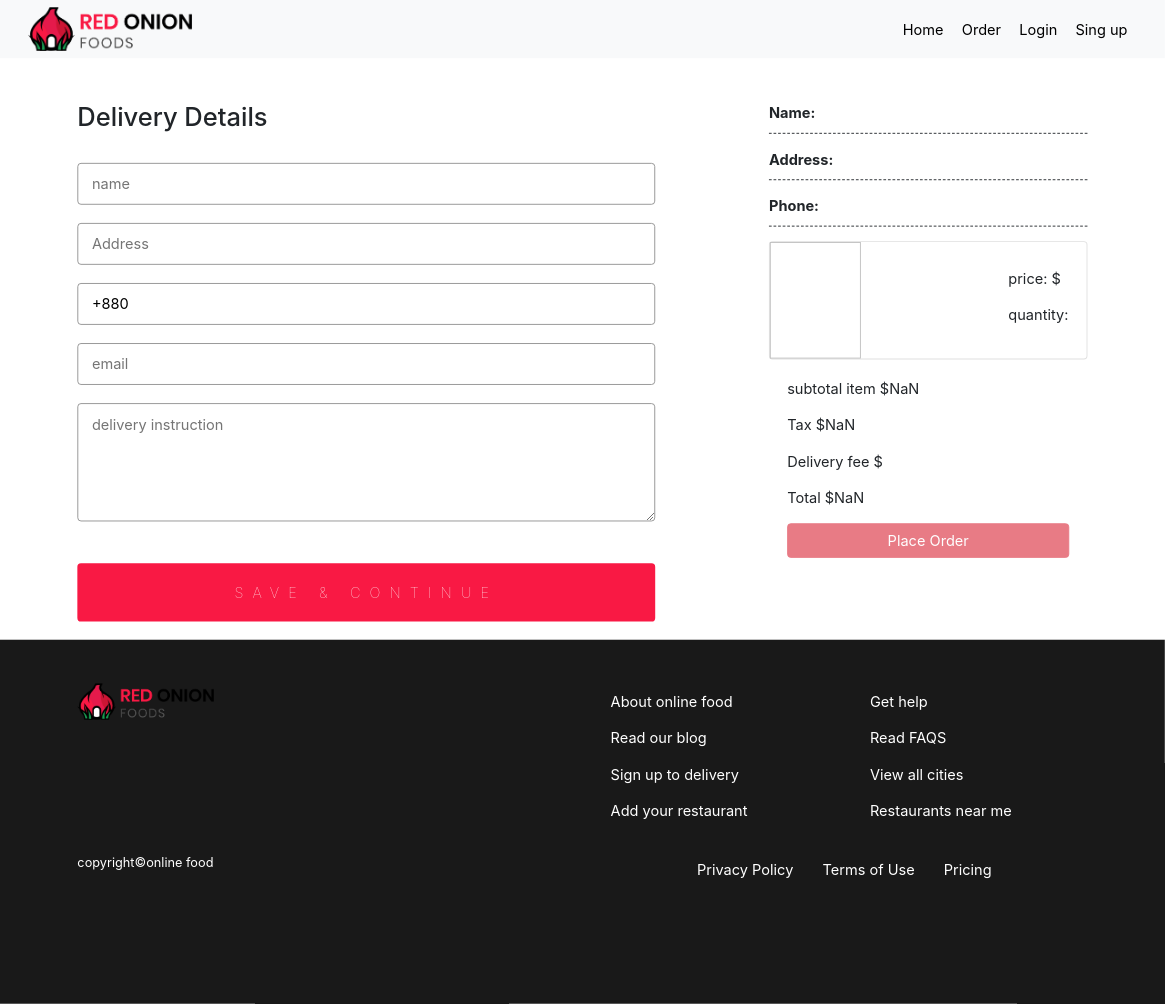
Repository: arif286/red-onion-client
Page: /checkOut
The author's editor kept a copy of each file at every save. The page is drawn from the files as they stood at one save, then again after the next save.
The browser window is 1280 px wide. The pictures show the whole page, at 91% of full size.
The page's requests for data from a server got no answer. The project was rebuilt for these pictures with package versions that can differ from the ones it lists, and the page was loaded fresh each time. Some packages were replaced by stand-ins written for this rebuild. No one was signed in, and anything a server would have sent is missing. Also part of the build but not shown: src/App.css, src/components/SearchBar/SearchBar.css, src/components/SearchBar/SearchBar.js, src/components/FoodDetails/FoodDetail.css, src/components/FoodDetails/FoodDetail.js, src/components/DeliveryFood/DeliveryFood.js, src/components/Food/Food.css, src/components/Food/FoodItem.js and 10 more. Imported but missing from the stored project, and not drawn on this page: src/components/CheckOut/Map/Map.

Above is the page before, as saved 2021-04-06 03:23:04.

### public/index.html
<!DOCTYPE html>
<html lang="en">
  <head>
    <meta charset="utf-8" />
    <link rel="icon" href="%PUBLIC_URL%/favicon.ico" />
    <meta name="viewport" content="width=device-width, initial-scale=1" />
    <meta name="theme-color" content="#000000" />
    <meta
      name="description"
      content="Web site created using create-react-app"
    />
    <link rel="apple-touch-icon" href="%PUBLIC_URL%/logo192.png" />
    <!--
      manifest.json provides metadata used when your web app is installed on a
      user's mobile device or desktop. See https://developers.google.com/web/fundamentals/web-app-manifest/
    -->
    <link rel="manifest" href="%PUBLIC_URL%/manifest.json" />

    <!-- <link
      href="https://api.tiles.mapbox.com/mapbox-gl-js/v2.1.1/mapbox-gl.css"
      rel="stylesheet"
    /> -->
    <!--
      Notice the use of %PUBLIC_URL% in the tags above.
      It will be replaced with the URL of the `public` folder during the build.
      Only files inside the `public` folder can be referenced from the HTML.

      Unlike "/favicon.ico" or "favicon.ico", "%PUBLIC_URL%/favicon.ico" will
      work correctly both with client-side routing and a non-root public URL.
      Learn how to configure a non-root public URL by running `npm run build`.
    -->
    <title>Red Onion</title>
  </head>
  <body>
    <noscript>You need to enable JavaScript to run this app.</noscript>
    <div id="root"></div>
    <!--
      This HTML file is a template.
      If you open it directly in the browser, you will see an empty page.

      You can add webfonts, meta tags, or analytics to this file.
      The build step will place the bundled scripts into the <body> tag.

      To begin the development, run `npm start` or `yarn start`.
      To create a production bundle, use `npm run build` or `yarn build`.
    -->
  </body>
</html>

### src/App.js
import "bootstrap/dist/css/bootstrap.min.css";
import React, { createContext, useState } from "react";
import { BrowserRouter as Router, Route, Switch } from "react-router-dom";
import './App.css';
import CheckOut from "./components/CheckOut/CheckOut";
import Map from "./components/CheckOut/Map/Map";
import FoodDetail from "./components/FoodDetails/FoodDetail";
import Footer from "./components/Footer/Footer";
import Header from "./components/Header/Header";
import Home from './components/Home/Home';
import Login from "./components/LogIn/Login";
import Order from "./components/Order/Order";
import SingUp from "./components/SingUp/SingUp";


export const UserContext = createContext();
function App() {
  const [loggedInUser, setLoggedInUser] = useState({});
  return (
    <UserContext.Provider value={[loggedInUser, setLoggedInUser]}>
      <Router>
        <Header />
        <Switch>
          <Route path="/home">
            <Home />
          </Route>
          <Route path="/signUp">
            <SingUp />
          </Route>
          <Route path="/login">
            <Login />
          </Route>
          <Route path="/food/details/:foodId">
            <FoodDetail />
          </Route>
          <Route path='/checkOut'>
            <CheckOut/>
          </Route>
          <Route path='/order'>
            <Order/>
          </Route>
          <Route path='/map'>
            <Map/>
          </Route>
          <Route exact path="/">
            <Home/>
          </Route>
        </Switch>
        <Footer />
      </Router>
    </UserContext.Provider>
  );

}

export default App;

### src/components/CheckOut/CheckOut.js
import axios from "axios";
import React, { useContext, useEffect, useState } from "react";
import { Alert } from "react-bootstrap";
import { UserContext } from "../../App";
import "./CheckOut.css";
import CheckOutFrom from "./CheckOutForm/CheckOutFrom";
import Map from "./Map/Map";

const CheckOut = () => {
  const [loggedInUser, setLoggedInUser] = useContext(UserContext);
  const [cart, setCart] = useState({});
  const { count, foodId } = loggedInUser;
  useEffect(() => {
    axios
      .get(`http://localhost:5000/foodDetails/${foodId}`)
      .then((res) => {
        setCart(res.data);
      })
      .catch((err) => console.log(err));
  }, [foodId]);

  const { name: foodName, picture, price } = cart;

  const [deliverInfo, setDeliverInfo] = useState({});
  const [map, setMap] = useState(true);

  const { name, address, phone, email } = deliverInfo;

  const fixNumber = (str, num) => {
    const price = Number(str);
    const multiplication = price * num;
    return multiplication.toFixed(2);
  };
  const subTotal = fixNumber(price, count);
  const vat = fixNumber(subTotal, 0.07);

  let deliveryFee;

  if (subTotal < 50) {
    deliveryFee = 3.5;
  } else if (subTotal > 50) {
    deliveryFee = 2.5;
  }
  const total = (Number(subTotal) + Number(vat) + deliveryFee).toFixed(2);

   const [confirmOrder, setConfirmOrder] = useState(false);
  const handleOrder = () => {
    const orderFood = { ...deliverInfo };
    orderFood.totalPrice = total;
    orderFood.quantity = count;
    orderFood.foodId = foodId;
    console.log(orderFood);
    axios
      .post("http://localhost:5000/order", orderFood)
      .then((res) => setConfirmOrder(res.data))
      .catch((err) => console.log(err));
  };

  return (
    <div className="container">
      {confirmOrder ? (
        <div className="row justify-content-center">
          <div className="col-md-7">
            <Alert variant="success">Your Order Place Successfully! </Alert>
            <img src={confirmOrder} alt="confirm" />
          </div>
        </div>
      ) : (
        <div className="row mt-5 justify-content-between">
          <div className="col-md-7 col-sm-12">
            {!map ? (
              <Map />
            ) : (
              <CheckOutFrom deliverInfo={setDeliverInfo} map={setMap} />
            )}
          </div>
          <div className="col-md-4 col-sm-12 ">
            <div className="delivery-info">
              <p>
                <strong>Name:</strong> {name}
              </p>
              <p>
                <strong>Address:</strong> {address}
              </p>
              <p>
                <strong>Phone:</strong> {phone}
              </p>
            </div>
            <div className="card">
              <div className="d-flex justify-content-between">
                <img
                  style={{ width: "100px", objectFit: "contain" }}
                  src={picture}
                  alt=""
                />
                <div style={{ padding: "1.25rem" }}>
                  <h6>{foodName}</h6>
                  <p>price: ${price}</p>
                  <p>quantity: {count}</p>
                </div>
              </div>
            </div>
            <div className="card-body">
              <p>
                subtotal item <span>${subTotal}</span>
              </p>
              <p>Tax ${vat}</p>
              <p>Delivery fee ${deliveryFee}</p>
              <p>Total ${total}</p>
              <button
                onClick={handleOrder}
                disabled={map}
                className="btn btn-danger w-100"
              >
                Place Order
              </button>
            </div>
          </div>
        </div>
      )}
    </div>
  );
};

export default CheckOut;

### src/components/Footer/Footer.js
import React from 'react';
import { NavLink } from 'react-bootstrap';
import Logo from '../../onion-restaurent/logo2.png';
import './Footer.css';

const Footer = () => {
    return (
      <footer>
        <div className="container">
          <div className="row pt-5">
            <div className="col-md-6 col-sm-12 pb-4">
              <img className="footer-img" src={Logo} alt="" />
            </div>
            <div className="col-md-3 col-sm-12 pb-4">
              <ul className="nav flex-column">
                <li className="nav-item">
                  <NavLink
                    className="nav-link active footer-link"
                    aria-current="page"
                    to="/"
                  >
                    About online food
                  </NavLink>
                </li>
                <li className="nav-item">
                  <NavLink className="nav-link footer-link" to="/">
                    Read our blog
                  </NavLink>
                </li>
                <li className="nav-item">
                  <NavLink className="nav-link footer-link" to="/">
                    Sign up to delivery
                  </NavLink>
                </li>
                <li className="nav-item">
                  <NavLink className="nav-link footer-link" to="/">
                    Add your restaurant
                  </NavLink>
                </li>
              </ul>
            </div>
            <div className="col-md-3 col-sm-12 pb-4">
              <ul className="nav flex-column">
                <li className="nav-item">
                  <NavLink
                    className="nav-link footer-link"
                    aria-current="page"
                    to="/"
                  >
                    Get help
                  </NavLink>
                </li>
                <li className="nav-item">
                  <NavLink className="nav-link footer-link" to="/">
                    Read FAQS
                  </NavLink>
                </li>
                <li className="nav-item">
                  <NavLink className="nav-link footer-link" to="/">
                    View all cities
                  </NavLink>
                </li>
                <li className="nav-item">
                  <NavLink className="nav-link footer-link" to="/">
                    Restaurants near me
                  </NavLink>
                </li>
              </ul>
            </div>
          </div>

          <div className="row">
            <div className="col-md-7">
              <p className='copy-right'>
                <small>
                  copyright<span>&#169;</span>online food
                </small>
              </p>
            </div>
            <div className="col-md-5">
              <div className='d-flex'>
                <NavLink className="footer-link">Privacy Policy</NavLink>
                <NavLink className="footer-link">Terms of Use</NavLink>
                <NavLink className="footer-link">Pricing</NavLink>
              </div>
            </div>
          </div>
        </div>
      </footer>
    );
};

export default Footer;

### src/components/Header/Header.js
import { faShoppingCart } from "@fortawesome/free-solid-svg-icons";
import { FontAwesomeIcon } from "@fortawesome/react-fontawesome";
import React from 'react';
import { NavLink } from "react-router-dom";
import logo from '../../onion-restaurent/logo2.png';
import './Header.css';
const cart = <FontAwesomeIcon icon={faShoppingCart} />;
const Header = () => {
    const header = {
        logo : {width: '180px'}
    }
    return (
      <div>
        <nav className="navbar navbar-expand-lg navbar-light bg-light">
          <div className="container-fluid">
            <div>
              <img style={header.logo} src={logo} alt="" />
            </div>
            <button
              className="navbar-toggler"
              type="button"
              data-bs-toggle="collapse"
              data-bs-target="#navbarNav"
              aria-controls="navbarNav"
              aria-expanded="false"
              aria-label="Toggle navigation"
            >
              <span className="navbar-toggler-icon"></span>
            </button>
            <div
              className="collapse  navbar-collapse justify-content-end"
              id="navbarNav"
            >
              <ul className="navbar-nav align-items-center">
                <li className="nav-item">
                  <NavLink className="header-link" to="/">
                    Home
                  </NavLink>
                </li>
                <li className="nav-item">
                  <NavLink className="header-link" to="/order">
                    Order
                  </NavLink>
                </li>
                <li className="nav-item">
                  <NavLink className="header-link" to="/login">
                    Login
                  </NavLink>
                </li>
                <li className="nav-item">
                  <NavLink className="header-link" to="/signUp">
                    Sing up
                  </NavLink>
                </li>
              </ul>
            </div>
          </div>
        </nav>
      </div>
    );
};

export default Header;

### src/components/CheckOut/CheckOut.css
.delivery-form input {
  width: 100%;
  padding: 10px 15px;
  box-sizing: border-box;
  margin-bottom: 20px;
  border: 1px solid #909090;
  outline: none;
  border-radius: 4px;
}
.delivery-form input:first-child {
  margin-top: 25px;
}
.delivery-form input:nth-child(5) {
  line-height: 3.5;
}
.delivery-form p {
  color: #bf1650;
  margin-bottom: 20px;
}

.delivery-form p::before {
  display: inline;
  content: "⚠ ";
}

button[type="submit"],
.delivery-form input[type="submit"] {
  background: #f91944;
  color: white;
  text-transform: uppercase;
  border: none;
  margin-top: 20px;
  padding: 20px;
  font-size: 16px;
  font-weight: 100;
  letter-spacing: 10px;
}

button[type="submit"]:hover,
.delivery-form input[type="submit"]:hover {
  background: #d83153;
}
.delivery-form textarea {
  width: 100%;
  padding: 10px 15px;
  box-sizing: border-box;
  margin-bottom: 20px;
  border: 1px solid #909090;
  outline: none;
  border-radius: 4px;
  height: 130px;
}
.delivery-info p {
  border-bottom: 1px dashed;
  padding-bottom: 10px;
}

### src/components/CheckOut/CheckOutForm/CheckOutFrom.js
import React from 'react';
import { useForm } from "react-hook-form";


const CheckOutFrom = ({deliverInfo,map}) => {

     const defaultValues = {
       TextField: "",
     };
    const { register, handleSubmit, errors } = useForm({ defaultValues });
    const onSubmit = (data, e) => {
      console.log(data);
      e.target.reset();
        deliverInfo(data);
        map(false);
    };
    return (
      <div>
        <h3>Delivery Details</h3>
        <form className="delivery-form" onSubmit={handleSubmit(onSubmit)}>
          <input
            type="text"
            name="name"
            placeholder="name"
            ref={register({
              validate: (value) => value.length !== "",
              required: true,
            })}
          />
          {errors.name && <p>please write your name</p>}

          <input
            type="text"
            name="address"
            placeholder="Address"
            ref={register({
              validate: (value) => value.length !== "",
              required: true,
            })}
          />
          {errors.address && <p>please write correct address</p>}
          <input
            type="phone"
            name="phone"
            placeholder="phone"
            defaultValue="+880"
            ref={register({
              validate: (value) => value.length !== 14,
              required: true,
            })}
          />
          {errors.phone && <p>please type a correct number</p>}
          <input
            name="email"
            type="email"
            placeholder="email"
            ref={register({
              pattern: /^(([^<>()[\]\\.,;:\s@"]+(\.[^<>()[\]\\.,;:\s@"]+)*)|(".+"))@((\[[0-9]{1,3}\.[0-9]{1,3}\.[0-9]{1,3}\.[0-9]{1,3}\])|(([a-zA-Z\-0-9]+\.)+[a-zA-Z]{2,}))$/,
              required: true,
            })}
          />
          {errors.email && <p>Invalid Email</p>}
          <textarea
            type="text"
            name="instruction"
            placeholder="delivery instruction"
            required={true}
          />
          <input type="submit" value="Save & Continue" />
        </form>
      </div>
    );
};

export default CheckOutFrom;

### src/components/Footer/Footer.css
.footer-img {
  width: 150px;
}
footer {
  background-color: #191919;
  height: 400px;
}
.footer-link {
  color: white;
}
.footer-link:hover {
  color: #878787;
}
.copy-right {
  color: white;
}

### src/components/Header/Header.css
.header-link {
  color: black;
  display: inline-block;
  padding: 10px;
}
.header-link:hover {
  text-decoration: none;
  color: #777777;
}
.cart-btn {
  border: none;
  background: none;
}

Loaded but not shown: src/index.js (common file); src/index.css (common file); src/reportWebVitals.js (common file)

After the next save:
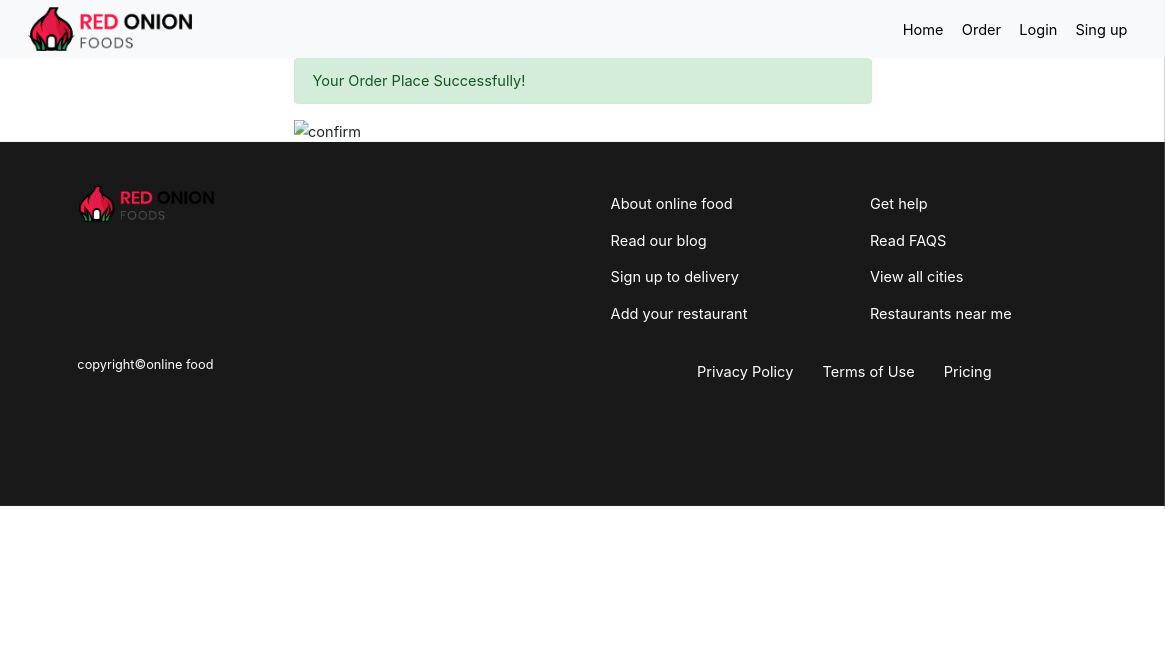
Saved 15 s later.
--- a/src/components/CheckOut/CheckOut.js
+++ b/src/components/CheckOut/CheckOut.js
@@ -58,7 +58,7 @@ const CheckOut = () => {
 
   return (
     <div className="container">
-      {confirmOrder ? (
+      {!confirmOrder ? (
         <div className="row justify-content-center">
           <div className="col-md-7">
             <Alert variant="success">Your Order Place Successfully! </Alert>
